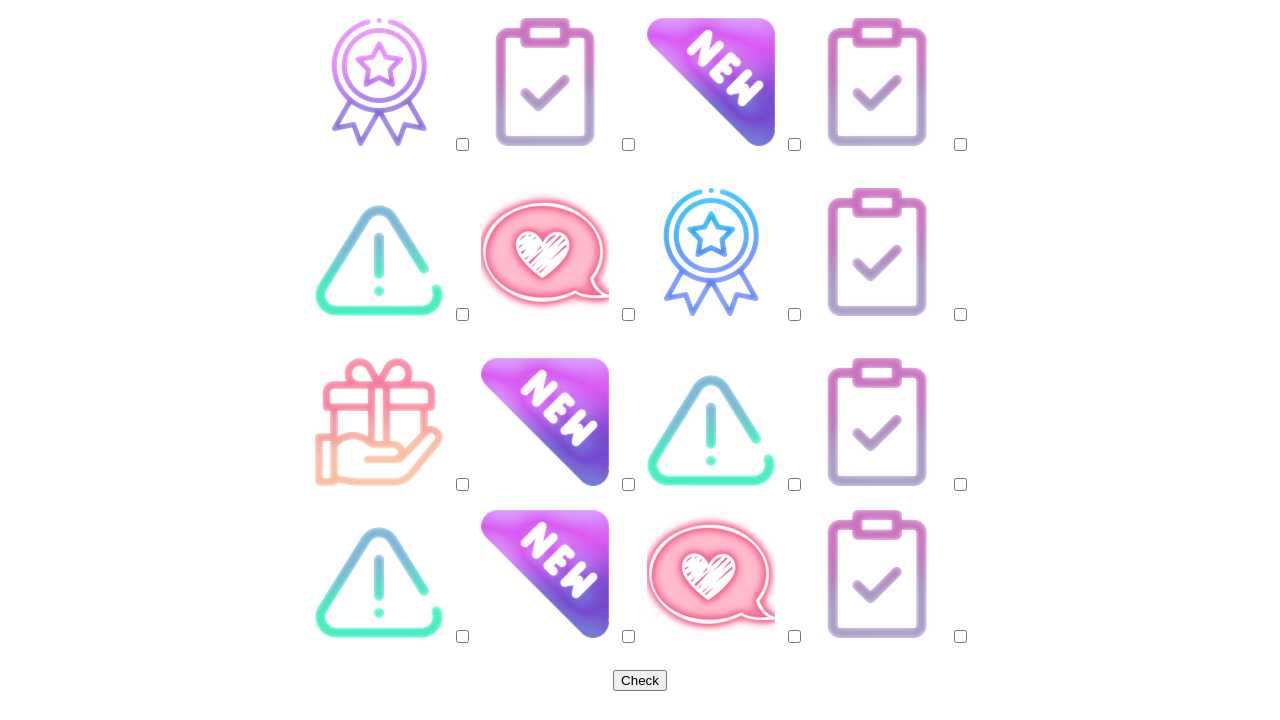
Repository: vichubenzene/-MWin_ui
Page: main.html
The author's editor kept a copy of each file at every save. The page is drawn from the files as they stood at one save, then again after the next save.
The browser window is 1280 px wide. The pictures show the whole page.

Above is the page before, as saved 2022-10-10 16:46:05.

### main.html
<!DOCTYPE html>
<html>

<head>
    <style>
        .column {
            float: center;
            padding: 5px;
            min-width: "22vh";
            min-height: "22vh";
        }
        /* Clear floats after image containers */

        .row::after {
            content: "";
            float: center;
            clear: both;
            display: table;
        }
    </style>
</head>

<body>
    <div class="row" style=" text-align: center">
        <div class="column" style=" text-align: center">

            <img src="images/834538140450160661.png" id="i1" alt="Snow" style="padding: 5px">
            <input type="checkbox" id="myCheckbox1" />
            <img src="images/834541394987057242.png" id="i2" alt="Snow" style="padding: 5px">
            <input type="checkbox" id="myCheckbox2" />
            <img src="images/834535415628562442 (1).png" id="i3" alt="Snow" style=" padding: 5px">
            <input type="checkbox" id="myCheckbox3" />
            <img src="images/834541394987057242.png" id="i10" alt="Snow" style="padding: 5px">
            <input type="checkbox" id="myCheckbox10" />
        </div>
    </div>
    <br>
    <div class="row" style=" text-align: center">
        <div class="column" style=" text-align: center">
            <img src="images/834541395074613248.png" id="i4" alt="Snow" style="padding: 5px">
            <input type="checkbox" id="myCheckbox4" />
            <img src="images/881778101003120652 (1).png" id="i5" alt="Snow" style="padding: 5px">
            <input type="checkbox" id="myCheckbox5" />
            <img src="images/834541395930251336.png" id="i6" alt="Snow" style="padding: 5px">
            <input type="checkbox" id="myCheckbox6" />
            <img src="images/834541394987057242.png" id="i11" alt="Snow" style="padding: 5px">
            <input type="checkbox" id="myCheckbox11" />

        </div>
    </div>
    <br>
    <div class="row" style=" text-align: center">
        <div class="column" style=" text-align: center">
            <img src="images/834541395749371916.png" id="i7" alt="Snow" style="padding: 5px">
            <input type="checkbox" id="myCheckbox7" />
            <img src="images/834535415628562442 (1).png" id="i8" alt="Snow" style="padding: 5px">
            <input type="checkbox" id="myCheckbox8" />
            <img src="images/834541395074613248.png" id="i9" alt="Snow" style="padding: 5px">
            <input type="checkbox" id="myCheckbox9" />
            <img src="images/834541394987057242.png" id="i12" alt="Snow" style="padding: 5px">
            <input type="checkbox" id="myCheckbox12" />
        </div>
    </div>
    <div class="row" style=" text-align: center">
        <div class="column" style=" text-align: center">
            <img src="images/834541395074613248.png" id="i13" alt="Snow" style="padding: 5px">
            <input type="checkbox" id="myCheckbox13" />
            <img src="images/834535415628562442 (1).png" id="i14" alt="Snow" style="padding: 5px">
            <input type="checkbox" id="myCheckbox14" />
            <img src="images/881778101003120652 (1).png" id="i15" alt="Snow" style="padding: 5px">
            <input type="checkbox" id="myCheckbox15" />
            <img src="images/834541394987057242.png" id="i16" alt="Snow" style="padding: 5px">
            <input type="checkbox" id="myCheckbox16" />
        </div>
    </div>
    <br>
    <div style="text-align: center;">
        <button onclick="check()">Check</button>

    </div>
    <script>
        async function check() {
            console.log("cb.checked");
            var i1 = document.getElementById('i1');
            var i2 = document.getElementById('i2');
            var i3 = document.getElementById('i3');
            var i4 = document.getElementById('i4');
            var i5 = document.getElementById('i5');
            var i6 = document.getElementById('i6');
            var i7 = document.getElementById('i7');
            var i8 = document.getElementById('i8');
            var i9 = document.getElementById('i9');
            var i10 = document.getElementById('i10');
            var i11 = document.getElementById('i11');
            var i12 = document.getElementById('i12');
            var i13 = document.getElementById('i13');
            var i14 = document.getElementById('i14');
            var i15 = document.getElementById('i15');
            var i16 = document.getElementById('i16');
            var c1 = document.getElementById('myCheckbox1');
            var c2 = document.getElementById('myCheckbox2');
            var c3 = document.getElementById('myCheckbox3');
            var c4 = document.getElementById('myCheckbox4');
            var c5 = document.getElementById('myCheckbox5');
            var c6 = document.getElementById('myCheckbox6');
            var c7 = document.getElementById('myCheckbox7');
            var c8 = document.getElementById('myCheckbox8');
            var c9 = document.getElementById('myCheckbox9');
            var c10 = document.getElementById('myCheckbox10');
            var c11 = document.getElementById('myCheckbox11');
            var c12 = document.getElementById('myCheckbox12');
            var c13 = document.getElementById('myCheckbox13');
            var c14 = document.getElementById('myCheckbox14');
            var c15 = document.getElementById('myCheckbox15');
            var c16 = document.getElementById('myCheckbox16');
            const items = ["images/881778101003120652 (1).png", "images/834535415628562442 (1).png", "images/834538140450160661.png", "images/834541394987057242.png", "images/834541395074613248.png", "images/834541395749371916.png", "images/834541395930251336.png"];
            if (c1.checked) {
                i1.src = items[Math.floor(Math.random() * items.length)];
                c1.checked = false
            }
            if (c2.checked) {
                i2.src = items[Math.floor(Math.random() * items.length)];
                c2.checked = false
            }
            if (c3.checked) {
                i3.src = items[Math.floor(Math.random() * items.length)];
                c3.checked = false
            }
            if (c4.checked) {
                i4.src = items[Math.floor(Math.random() * items.length)];
                c4.checked = false
            }
            if (c5.checked) {
                i5.src = items[Math.floor(Math.random() * items.length)];
                c5.checked = false
            }
            if (c6.checked) {
                i6.src = items[Math.floor(Math.random() * items.length)];
                c6.checked = false
            }
            if (c7.checked) {
                i7.src = items[Math.floor(Math.random() * items.length)];
                c7.checked = false
            }
            if (c8.checked) {
                i8.src = items[Math.floor(Math.random() * items.length)];
                c8.checked = false
            }
            if (c9.checked) {
                i9.src = items[Math.floor(Math.random() * items.length)];
                c9.checked = false
            }
            if (c10.checked) {
                i10.src = items[Math.floor(Math.random() * items.length)];
                c10.checked = false
            }
            if (c11.checked) {
                i11.src = items[Math.floor(Math.random() * items.length)];
                c11.checked = false
            }
            if (c12.checked) {
                i12.src = items[Math.floor(Math.random() * items.length)];
                c12.checked = false
            }
            if (c13.checked) {
                i13.src = items[Math.floor(Math.random() * items.length)];
                c13.checked = false
            }
            if (c14.checked) {
                i14.src = items[Math.floor(Math.random() * items.length)];
                c14.checked = false
            }
            if (c15.checked) {
                i15.src = items[Math.floor(Math.random() * items.length)];
                c15.checked = false
            }
            if (c16.checked) {
                i16.src = items[Math.floor(Math.random() * items.length)];
                c16.checked = false
            }

        }
    </script>
</body>

</html>

After the next save:
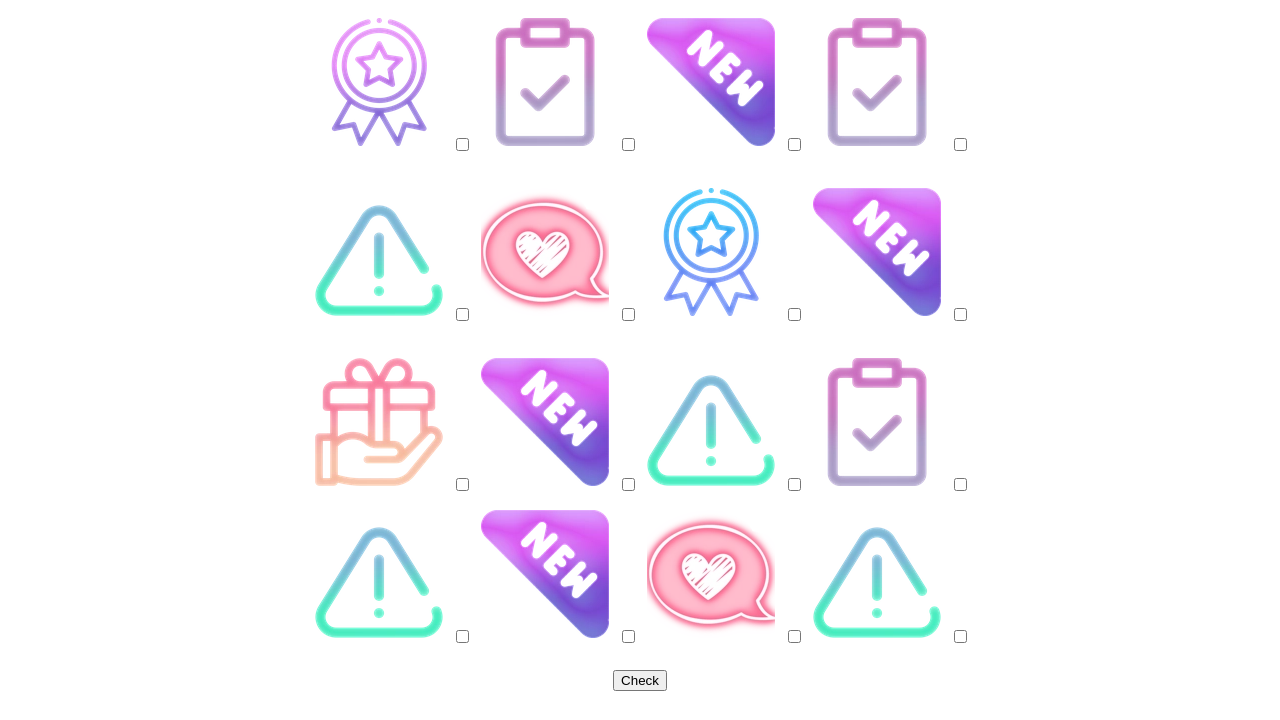
Saved 21 s later.
--- a/main.html
+++ b/main.html
@@ -43,7 +43,7 @@
             <input type="checkbox" id="myCheckbox5" />
             <img src="images/834541395930251336.png" id="i6" alt="Snow" style="padding: 5px">
             <input type="checkbox" id="myCheckbox6" />
-            <img src="images/834541394987057242.png" id="i11" alt="Snow" style="padding: 5px">
+            <img src="images/834535415628562442 (1).png" id="i11" alt="Snow" style="padding: 5px">
             <input type="checkbox" id="myCheckbox11" />
 
         </div>
@@ -69,7 +69,7 @@
             <input type="checkbox" id="myCheckbox14" />
             <img src="images/881778101003120652 (1).png" id="i15" alt="Snow" style="padding: 5px">
             <input type="checkbox" id="myCheckbox15" />
-            <img src="images/834541394987057242.png" id="i16" alt="Snow" style="padding: 5px">
+            <img src="images/834541395074613248.png" id="i16" alt="Snow" style="padding: 5px">
             <input type="checkbox" id="myCheckbox16" />
         </div>
     </div>
